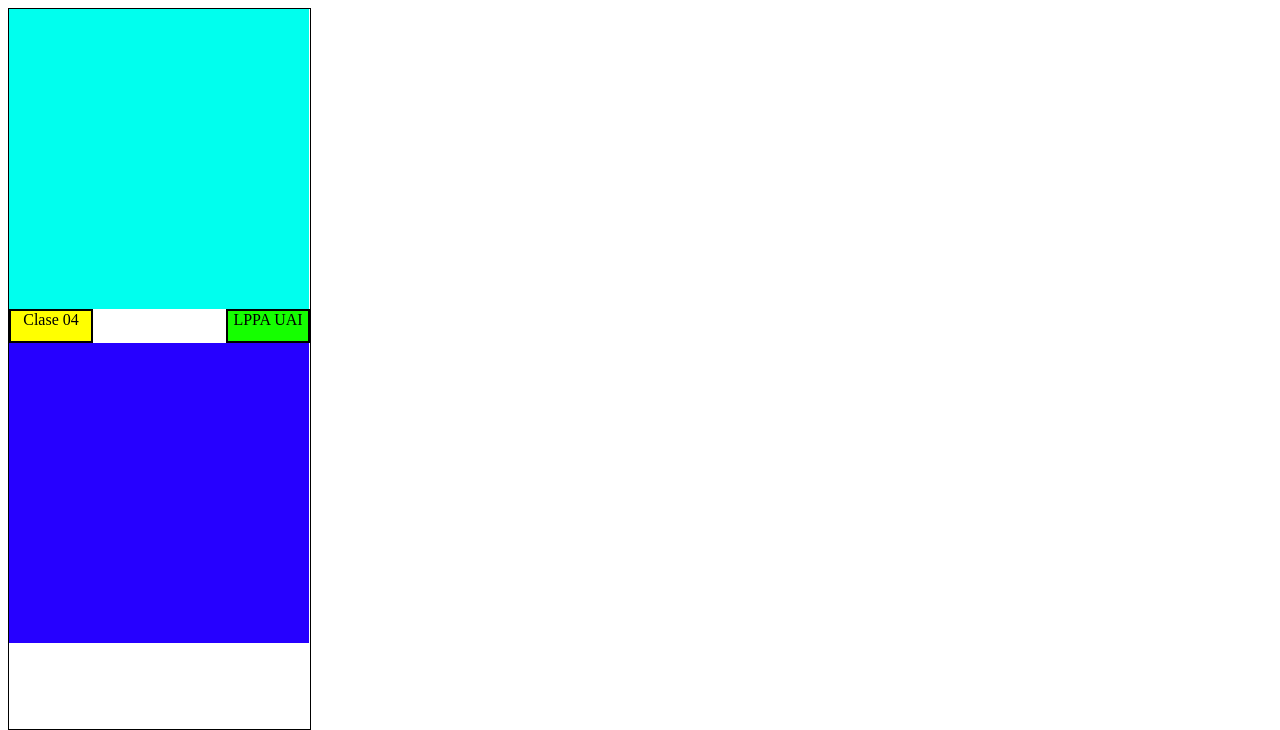
Repository: Divineridh/LPPAChallenges
Page: Trabajos en Clase/ejercicio clase 04-2/index.html
These files come from the project's save history. The page is drawn as it stood at one moment and after the next save; the edit follows.
The browser window is 1280 px wide. The pictures show the whole page.

Above is the page before, as saved 2022-04-26 21:01:33.

### Trabajos en Clase/ejercicio clase 04-2/index.html
<!DOCTYPE html>
<html lang="en">
<head>
    <meta charset="UTF-8">
    <meta http-equiv="X-UA-Compatible" content="IE=edge">
    <meta name="viewport" content="width=device-width, initial-scale=1.0">
    <link href="/styles.css" rel="stylesheet">
    <title>Document</title>
</head>
<body>
    <div class="container">
        <div class="square1 squares">

        </div>
        <div class="mini1 minis">
            Clase 04
        </div>
        <div class="mini2 minis">
            LPPA UAI
        </div>
        <div class="square2 squares">

        </div>
    </div>
</body>
</html>

### Trabajos en Clase/ejercicio clase 04-2/styles.css
.container {
    width: 301px;
    height: 100%;
    left-margin: 200px;
    position: absolute;
    border: solid black 1px;
}

.square1 {
    background-color: #00ffee;
}

.square2 {
    background-color: #2600ff;
}

.squares {
    display: relative;
    width: 300px;
    height: 300px;
}

.mini1 {
    background-color: #ffff00;
}

.mini2 {
    background-color: #15ff00;
    float: right;
}

.minis {
    display: inline-block;
    border: solid black 2px;
    width: 80px;
    height: 30px;
    text-align: center;
}

After the next save:
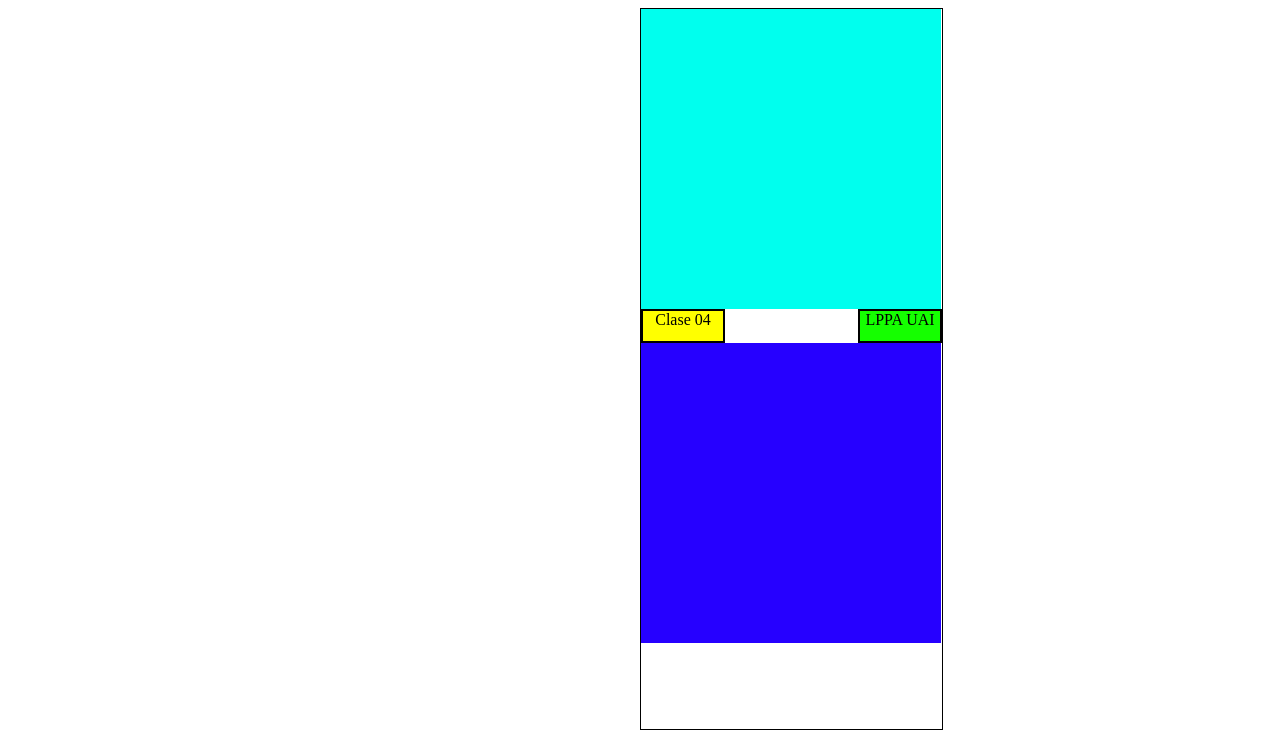
Saved 7 s later.
--- a/Trabajos en Clase/ejercicio clase 04-2/styles.css
+++ b/Trabajos en Clase/ejercicio clase 04-2/styles.css
@@ -1,7 +1,7 @@
 .container {
     width: 301px;
     height: 100%;
-    left-margin: 200px;
+    left: 50%;
     position: absolute;
     border: solid black 1px;
 }
